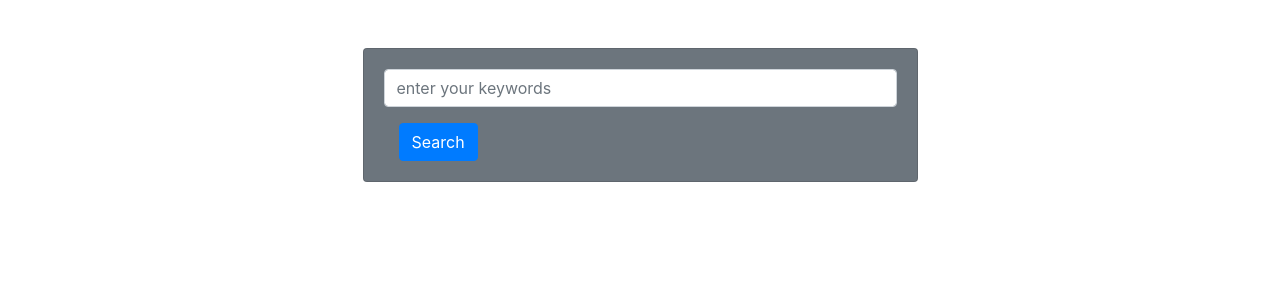
Repository: nksharma514/spring
Page: http://localhost/com.springmvc.search/search
These files come from the project's save history. The page is drawn as it stood at one moment and after the next save; the edit follows.
The browser window is 1280 px wide. The pictures show the whole page.
Some web libraries are served in a nearby version. The page is served by Tomcat 9.

Above is the page before, as saved 2023-08-14 20:32:52.

### com.springmvc.search/src/main/webapp/WEB-INF/spring-servlet.xml
<?xml version="1.0" encoding="UTF-8"?>

<beans xmlns="http://www.springframework.org/schema/beans"
	xmlns:xsi="http://www.w3.org/2001/XMLSchema-instance"
	xmlns:context="http://www.springframework.org/schema/context"
	xmlns:util="http://www.springframework.org/schema/util"
	xmlns:p="http://www.springframework.org/schema/p"
	xmlns:tx="http://www.springframework.org/schema/tx"
	xsi:schemaLocation="http://www.springframework.org/schema/beans
    http://www.springframework.org/schema/beans/spring-beans-3.1.xsd
	http://www.springframework.org/schema/context
	http://www.springframework.org/schema/context/spring-context-3.0.xsd
    http://www.springframework.org/schema/util/
    http://www.springframework.org/schema/util/spring-util.xsd
    http://www.springframework.org/schema/mvc
	http://www.springframework.org/schema/mvc/spring-mvc-3.0.xsd
	http://www.springframework.org/schema/tx
    http://www.springframework.org/schema/tx/spring-tx.xsd">



	<context:component-scan
		base-package="com.springmvc.search"></context:component-scan>

	<bean
		class="org.springframework.web.servlet.view.InternalResourceViewResolver"
		name="viewResolver">
		<property name="prefix" value="/WEB-INF/views/" />
		<property name="suffix" value=".jsp" />
	</bean>


</beans>

### com.springmvc.search/src/main/webapp/WEB-INF/views/home.jsp
<%@ page language="java" contentType="text/html; charset=ISO-8859-1"
	pageEncoding="ISO-8859-1"%>
<!doctype html>
<html lang="en">
<head>
<!-- Required meta tags -->
<meta charset="utf-8">
<meta name="viewport"
	content="width=device-width, initial-scale=1, shrink-to-fit=no">

<!-- Bootstrap CSS -->
<link rel="stylesheet"
	href="https://cdn.jsdelivr.net/npm/bootstrap@4.0.0/dist/css/bootstrap.min.css"
	integrity="sha384-Gn5384xqQ1aoWXA+058RXPxPg6fy4IWvTNh0E263XmFcJlSAwiGgFAW/dAiS6JXm"
	crossorigin="anonymous">

<title>Hello, world!</title>
</head>
<body>

	<div class="container">
		<div class="card mx-auto mt-5 bg-secondary" style="width: 50%">
			<div class="card-body">
				<form action="">
					<div class="form-group">
						<input type="text" name="querybox"
							placeholder="enter your keywords" class="form-control" />
					</div>

					<div class="container">
					<button class="btn btn-primary">Search</button>
					</div>

				</form>

			</div>
		</div>
	</div>











	<!-- Optional JavaScript -->
	<!-- jQuery first, then Popper.js, then Bootstrap JS -->
	<script src="https://code.jquery.com/jquery-3.2.1.slim.min.js"
		integrity="sha384-KJ3o2DKtIkvYIK3UENzmM7KCkRr/rE9/Qpg6aAZGJwFDMVNA/GpGFF93hXpG5KkN"
		crossorigin="anonymous"></script>
	<script
		src="https://cdn.jsdelivr.net/npm/popper.js@1.12.9/dist/umd/popper.min.js"
		integrity="sha384-ApNbgh9B+Y1QKtv3Rn7W3mgPxhU9K/ScQsAP7hUibX39j7fakFPskvXusvfa0b4Q"
		crossorigin="anonymous"></script>
	<script
		src="https://cdn.jsdelivr.net/npm/bootstrap@4.0.0/dist/js/bootstrap.min.js"
		integrity="sha384-JZR6Spejh4U02d8jOt6vLEHfe/JQGiRRSQQxSfFWpi1MquVdAyjUar5+76PVCmYl"
		crossorigin="anonymous"></script>
</body>
</html>

### com.springmvc.search/src/main/java/com/springmvc/search/SearchController.java
package com.springmvc.search;

import org.springframework.stereotype.Controller;
import org.springframework.web.bind.annotation.RequestMapping;

@Controller
public class SearchController {

	@RequestMapping("/search")
	public String search() {

		System.out.println("This is Search Controller");
		return "home";
	}

}

After the next save:
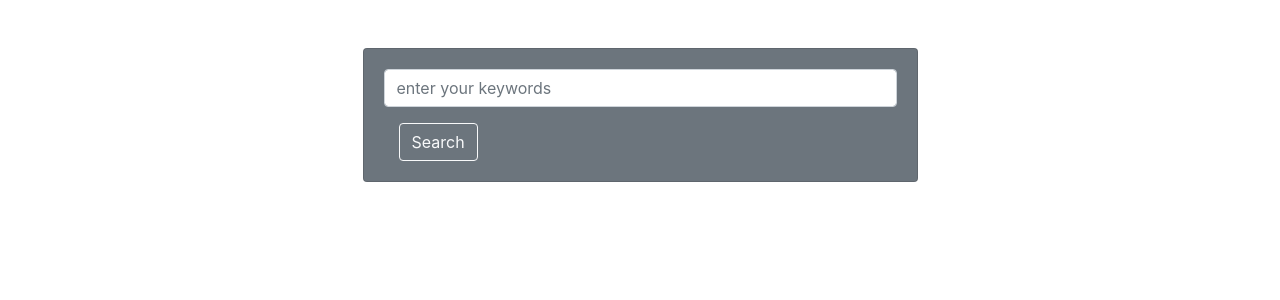
Saved 44 s later.
--- a/com.springmvc.search/src/main/webapp/WEB-INF/views/home.jsp
+++ b/com.springmvc.search/src/main/webapp/WEB-INF/views/home.jsp
@@ -28,7 +28,7 @@
 					</div>
 
 					<div class="container">
-					<button class="btn btn-primary">Search</button>
+					<button class="btn btn-outline-light">Search</button>
 					</div>
 
 				</form>
